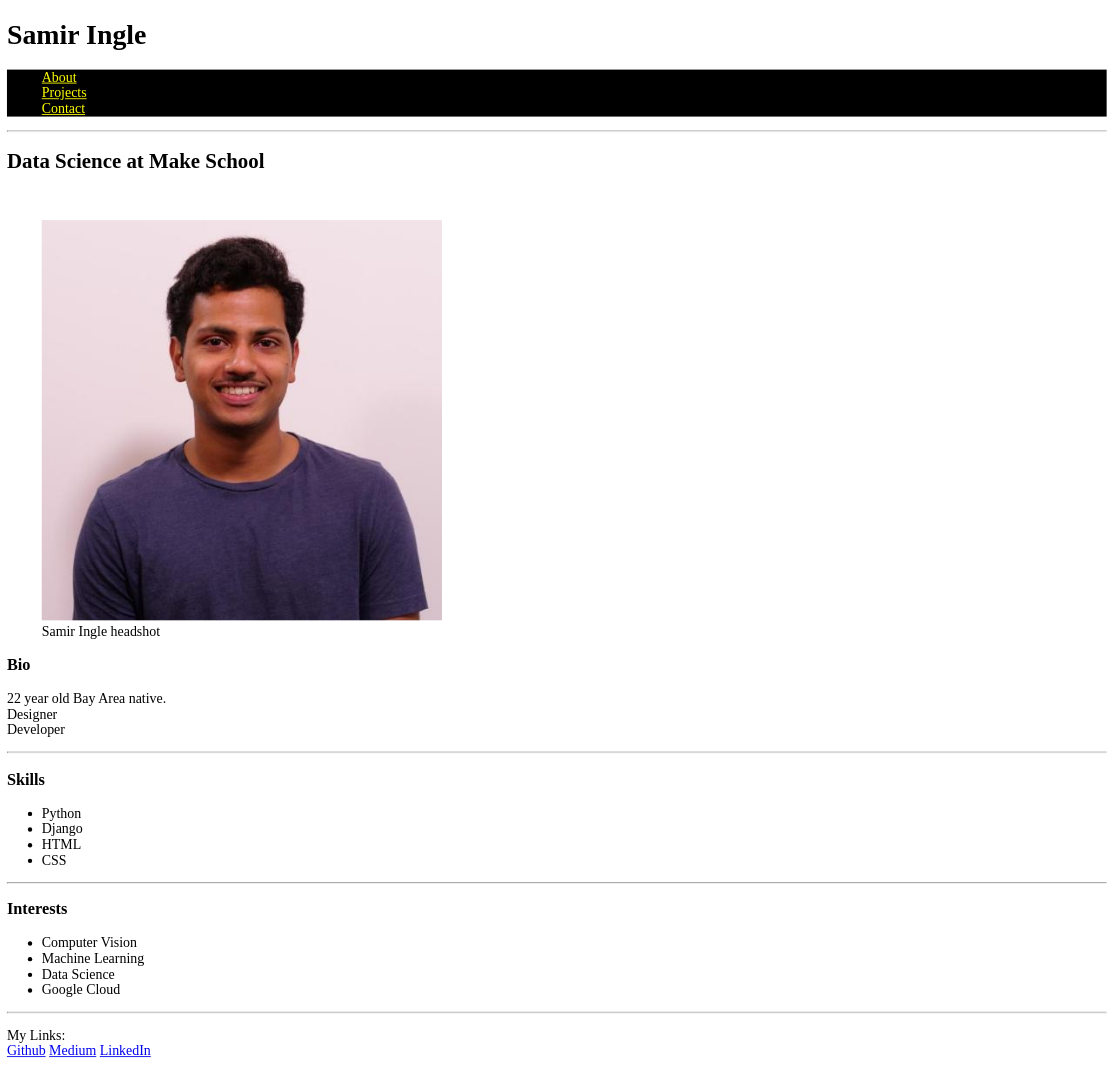
Repository: SamirIngley/html-semantic
Page: index.html
These files come from the project's save history. The page is drawn as it stood at one moment and after the next save; the edit follows.
The browser window is 1280 px wide. The pictures show the whole page, at 87% of full size.

Above is the page before, as saved 2020-01-28 16:33:22.

After the next save:
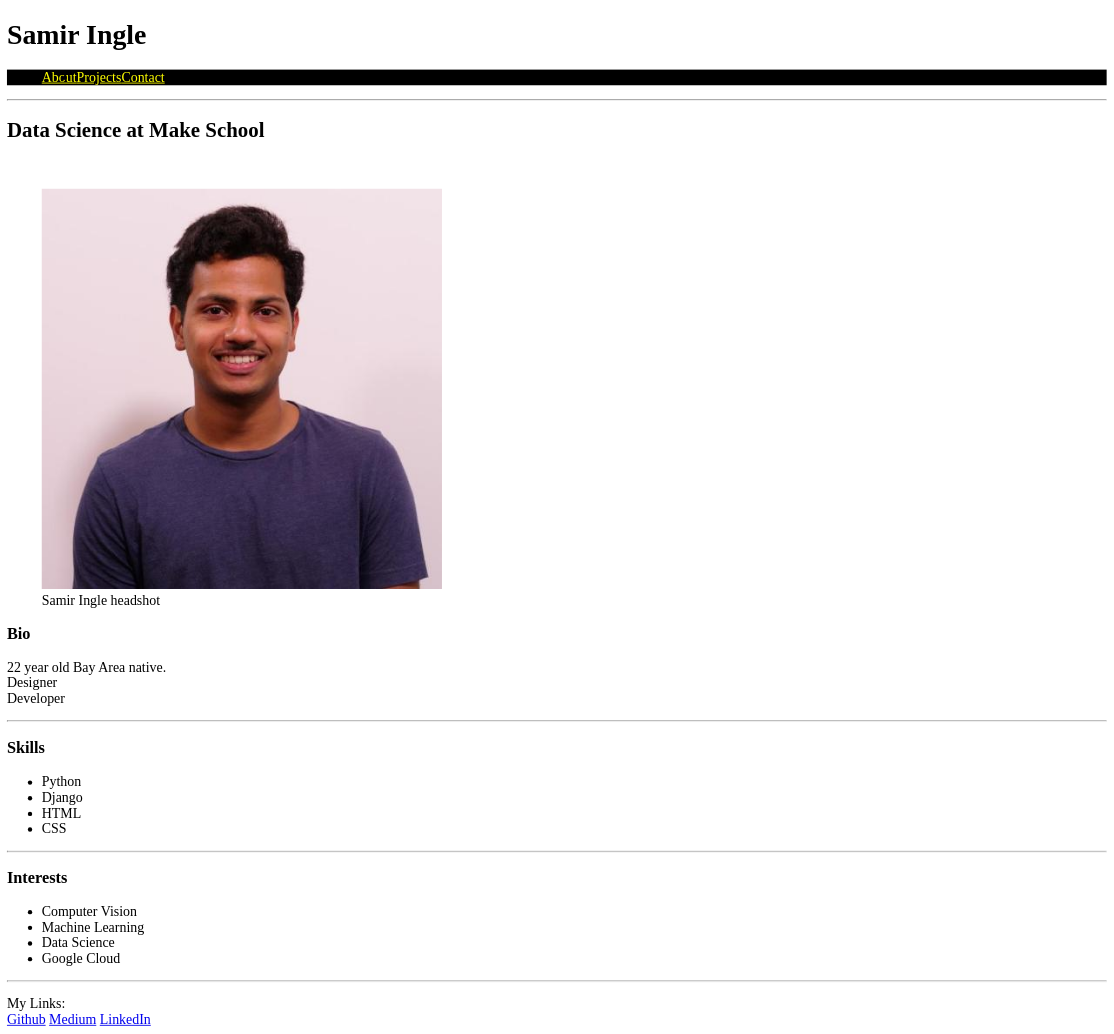
Saved 2 min 12 s later.
--- a/styles.css
+++ b/styles.css
@@ -15,3 +15,9 @@
                 background-color: orange;
                 color: purple;
             }
+
+
+nav > ul {
+    display: flex;
+
+}
